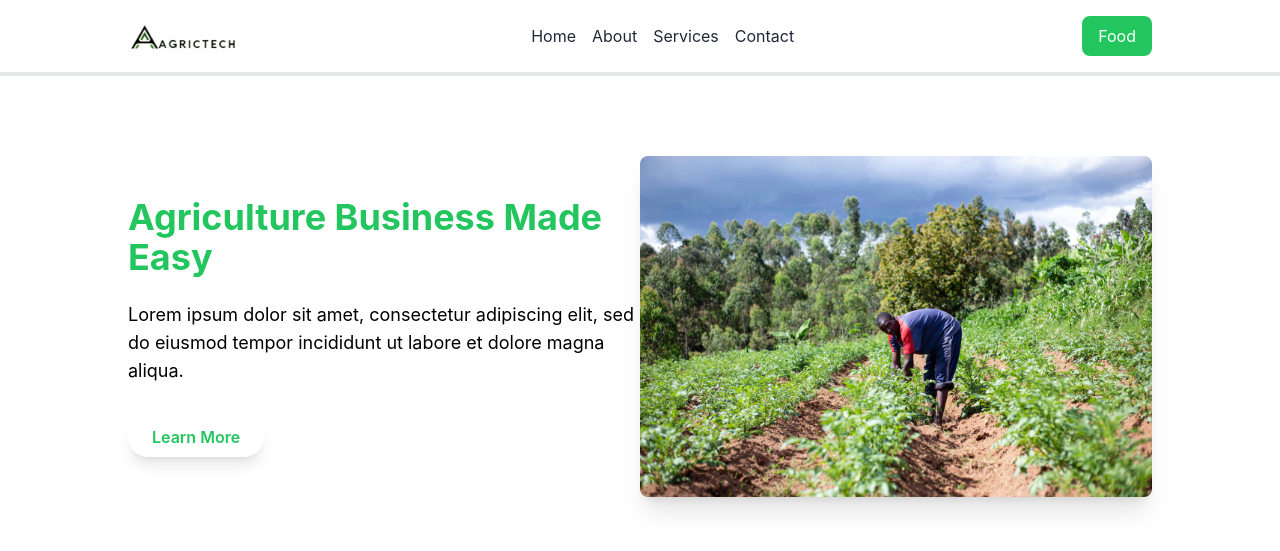
Repository: akinolapo/agric-tech
Page: /
An editor plug-in stored every save of this project. The page is shown before and after a run of saves, followed by the edit.
The browser window is 1280 px wide. The pictures show the whole page.
The project was rebuilt for these pictures with package versions that can differ from the ones it lists, and the page was loaded fresh each time.

Above is the page before, as saved 2023-05-27 00:12:34.

### src/App.js
import React from 'react'
import Header from './components/Header'
import Hero from './components/Hero'

const App = () => {
  return (
    <div>
      <Header/>
      <Hero/>
    </div>
  )
}

export default App

### src/components/Header.jsx
import React, { useState } from 'react';

const Header = () => {
  const [isMenuOpen, setIsMenuOpen] = useState(false);

  const toggleMenu = () => {
    setIsMenuOpen(!isMenuOpen);
  };

  const closeMenu = () => {
    setIsMenuOpen(false);
  };

  return (
    <header className="bg-white border-b-4">
      <div className="container mx-auto flex justify-between items-center py-4 px-5 sm:px-32">
        <div className="flex items-center">
          <img
            src={process.env.PUBLIC_URL+`media/logo.png`}
            alt="Logo"
            className="h-8 w-auto"
          />
        </div>
        <div className="hidden md:flex space-x-4">
          <a href="#" className="text-gray-800 hover:text-gray-600">Home</a>
          <a href="#" className="text-gray-800 hover:text-gray-600">About</a>
          <a href="#" className="text-gray-800 hover:text-gray-600">Services</a>
          <a href="#" className="text-gray-800 hover:text-gray-600">Contact</a>
        </div>
        <div className="md:hidden">
          <button
            type="button"
            className="flex items-center p-2 rounded-md text-gray-800 hover:text-gray-600 focus:outline-none"
            onClick={toggleMenu}
          >
            <svg
              xmlns="http://www.w3.org/2000/svg"
              className="h-6 w-6"
              fill="none"
              viewBox="0 0 24 24"
              stroke="currentColor"
            >
              <path
                strokeLinecap="round"
                strokeLinejoin="round"
                strokeWidth="2"
                d="M4 6h16M4 12h16M4 18h16"
              />
            </svg>
          </button>

        </div>
        <div className="hidden md:block">
          <button
            type="button"
            className="bg-green-500 text-white rounded-lg py-2 px-4"
          >
            Food
          </button>
        </div>
      </div>
      <div>
          {isMenuOpen && (
            <div className="mt-2 w-full">
              <ul className="bg-white border rounded-md divide-y divide-gray-200 shadow-md">
                <li className="py-2 px-4">
                  <a href="#" className="text-gray-800 hover:text-gray-600">Home</a>
                </li>
                <li className="py-2 px-4">
                  <a href="#" className="text-gray-800 hover:text-gray-600">About</a>
                </li>
                <li className="py-2 px-4">
                  <a href="#" className="text-gray-800 hover:text-gray-600">Services</a>
                </li>
                <li className="py-2 px-4">
                  <a href="#" className="text-gray-800 hover:text-gray-600">Contact</a>
                </li>
                <li className="py-2 px-4">
                  <button
                    type="button"
                    className="bg-green-500 text-white rounded-lg py-2 px-4 w-full"
                  >
                    Food
                  </button>
                </li>
              </ul>
              <div className="absolute top-0 right-0 p-2">
              </div>
            </div>
          )}
          </div>
    </header>
  );
};

export default Header;

### src/components/Hero.jsx
import React from 'react';

const Hero = () => {
  return (
    <section className="bg-white text-black py-20 px-5 sm:px-32">
      <div className="container mx-auto flex flex-col lg:flex-row items-center">
        <div className="lg:w-1/2">
          <h1 className="text-4xl font-bold mb-6 text-green-500">Agriculture Business Made Easy</h1>
          <p className="text-lg mb-8">Lorem ipsum dolor sit amet, consectetur adipiscing elit, sed do eiusmod tempor incididunt ut labore et dolore magna aliqua.</p>
          <button className="bg-white text-green-500 py-2 px-6 rounded-full font-semibold shadow-lg hover:shadow-xl transition duration-300">Learn More</button>
        </div>
        <div className="lg:w-1/2">
          <img src={process.env.PUBLIC_URL+`media/hero.jpg`}alt="Agriculture" className="rounded-lg shadow-xl" />
        </div>
      </div>
    </section>
  );
};

export default Hero;

Loaded but not shown: public/index.html (common file); src/index.js (common file); src/index.css (common file); tailwind.config.js (common file)

After the next 4 saves:
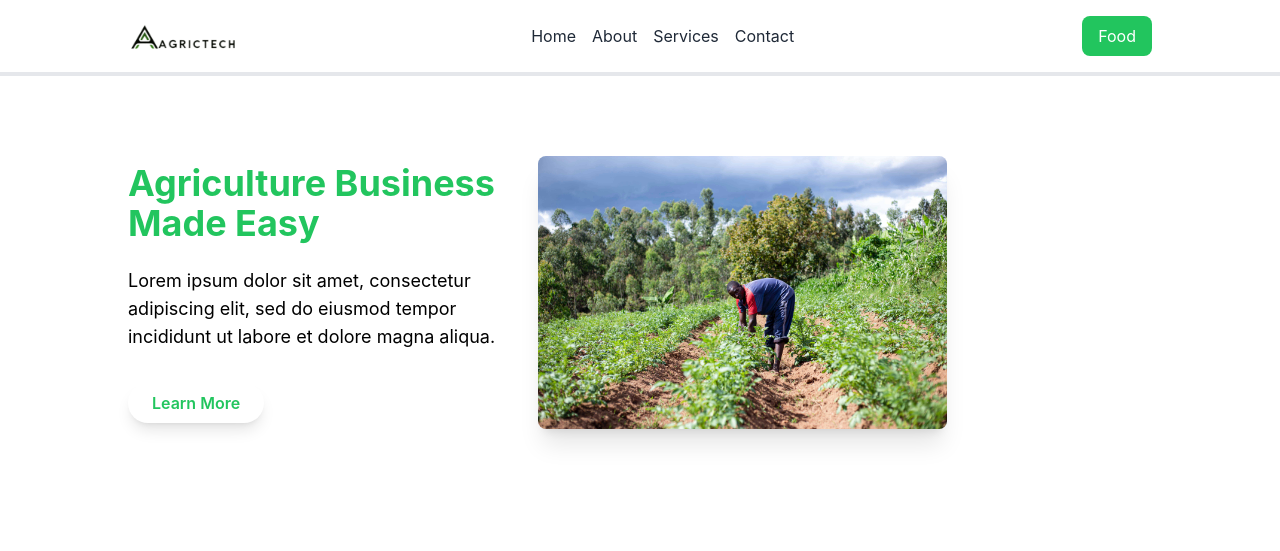
The 4 saves are shown as one change because they came seconds apart.
The last was saved 42 s later.
--- a/src/components/Hero.jsx
+++ b/src/components/Hero.jsx
@@ -4,12 +4,12 @@
   return (
     <section className="bg-white text-black py-20 px-5 sm:px-32">
       <div className="container mx-auto flex flex-col lg:flex-row items-center">
-        <div className="lg:w-1/2">
+        <div className="lg:w-2/5">
           <h1 className="text-4xl font-bold mb-6 text-green-500">Agriculture Business Made Easy</h1>
           <p className="text-lg mb-8">Lorem ipsum dolor sit amet, consectetur adipiscing elit, sed do eiusmod tempor incididunt ut labore et dolore magna aliqua.</p>
           <button className="bg-white text-green-500 py-2 px-6 rounded-full font-semibold shadow-lg hover:shadow-xl transition duration-300">Learn More</button>
         </div>
-        <div className="lg:w-1/2">
+        <div className="lg:w-2/5">
           <img src={process.env.PUBLIC_URL+`media/hero.jpg`}alt="Agriculture" className="rounded-lg shadow-xl" />
         </div>
       </div>
